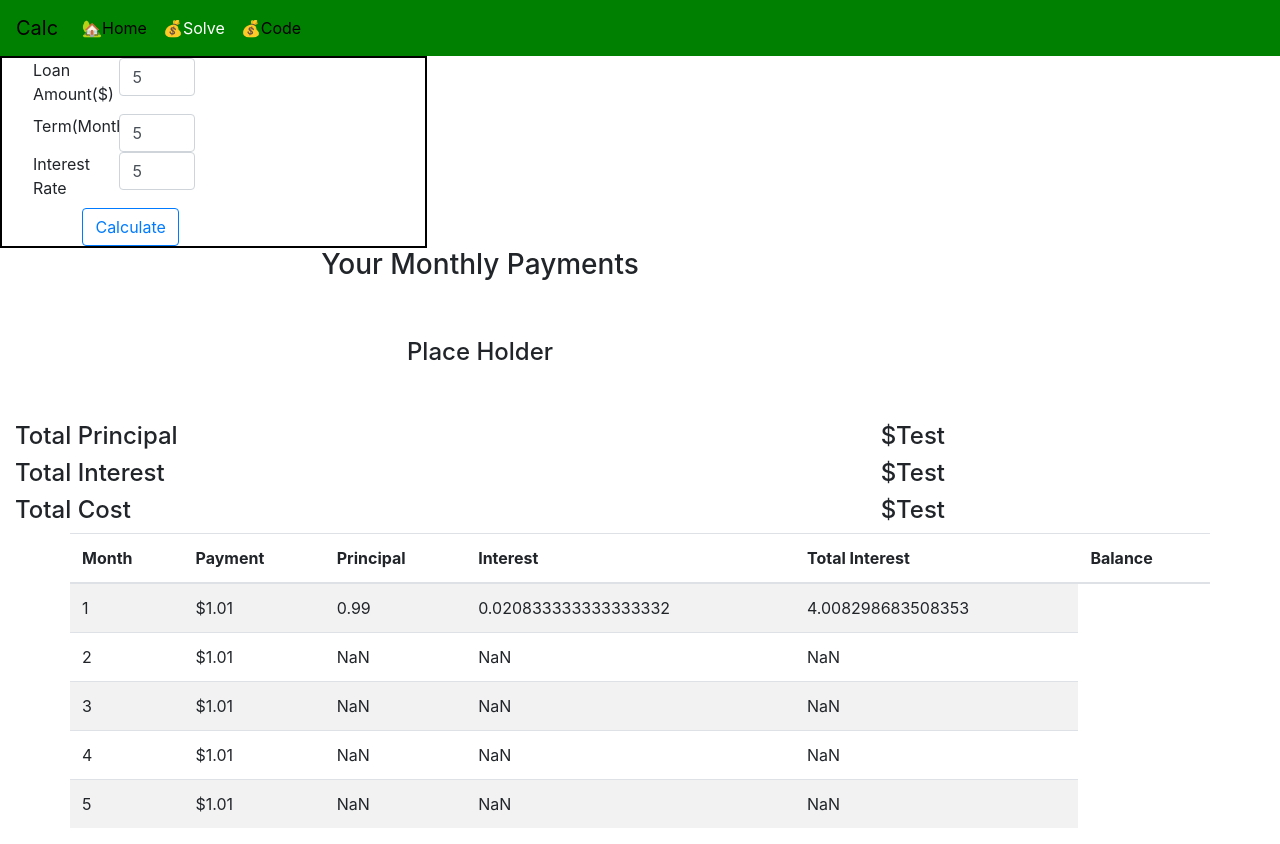
Repository: zhadjah9559/MortgageManager
Page: solve.html
The author's editor kept a copy of each file at every save. The page is drawn from the files as they stood at one save, then again after a run of saves.
The browser window is 1280 px wide. The pictures show the whole page.
Empty fields were first filled with sample values (such as "Sample", 5 or name@example.com).
After loading, the first visible `button.btn` was clicked once.

Above is the page before, as saved 2021-01-16 14:32:39.

After the next 2 saves:
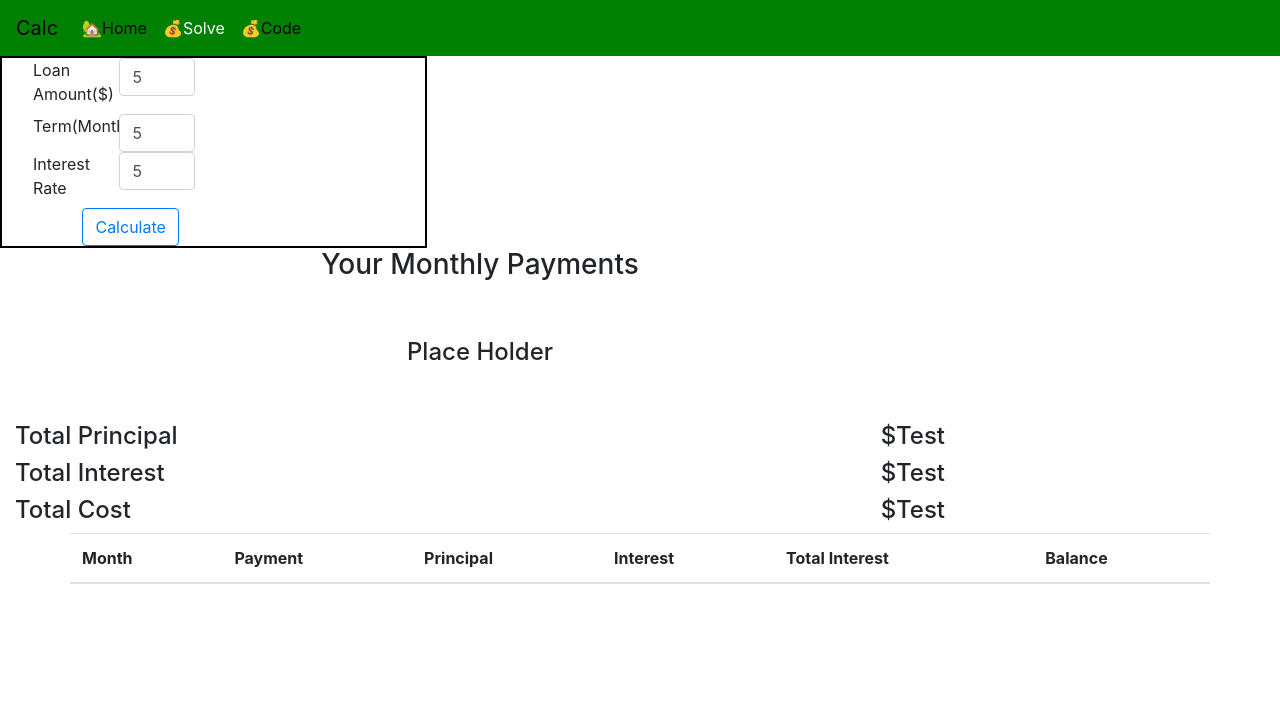
Console error (its wording comes from the project's code and is left out).
The 2 saves are shown as one change because they came seconds apart.
The last was saved 13 s later.
--- a/js/custom.js
+++ b/js/custom.js
@@ -45,7 +45,7 @@
     let tBody ="";
     for (let i = 0; i < months; i++) {
         tBody += `<tr> <td>${ i+1 }</td> <td>$${  (Math.round(totalMonthlyPayment * 100) / 100).toFixed(2) }</td>
-                  <td>${  (Math.round(principalPayments[i] * 100) / 100).toFixed(2)   }</td> <td>${ interestPayment[i] }</td>
+                  <td>${  (Math.round(principalPayments[i] * 100) / 100).toFixed(2)   }</td> <td>${  (Math.round(principalPayments[i] * 100) / 100).toFixed(2)    interestPayment[i] }</td>
                   <td>${ remainingBalance[i+1] }</td> </tr>`
     }
     document.getElementById("tBody").innerHTML = tBody

After the save that followed:
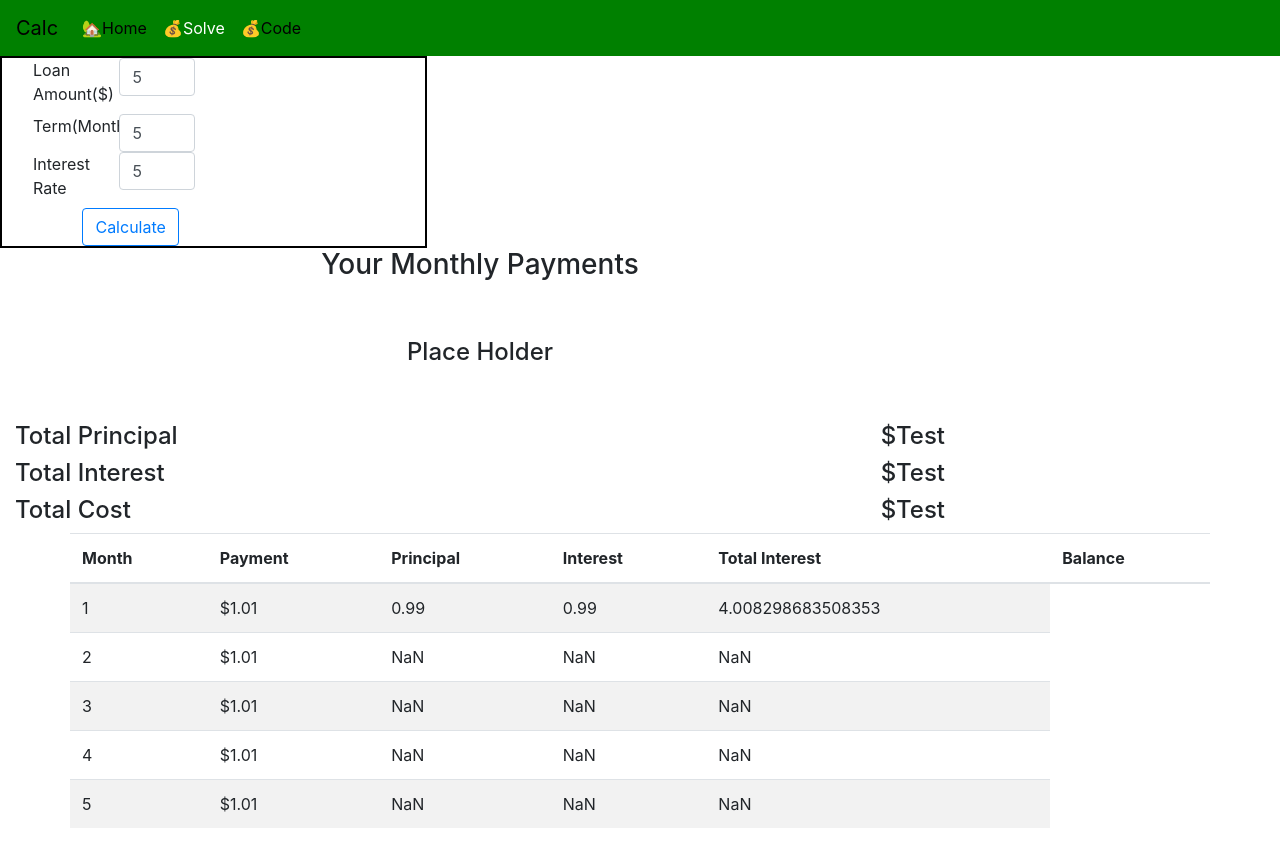
The error is gone.
Saved 9 s later.
--- a/js/custom.js
+++ b/js/custom.js
@@ -45,7 +45,7 @@
     let tBody ="";
     for (let i = 0; i < months; i++) {
         tBody += `<tr> <td>${ i+1 }</td> <td>$${  (Math.round(totalMonthlyPayment * 100) / 100).toFixed(2) }</td>
-                  <td>${  (Math.round(principalPayments[i] * 100) / 100).toFixed(2)   }</td> <td>${  (Math.round(principalPayments[i] * 100) / 100).toFixed(2)    interestPayment[i] }</td>
+                  <td>${  (Math.round(principalPayments[i] * 100) / 100).toFixed(2)   }</td> <td>${  (Math.round(principalPayments[i] * 100) / 100).toFixed(2)     }</td>
                   <td>${ remainingBalance[i+1] }</td> </tr>`
     }
     document.getElementById("tBody").innerHTML = tBody
